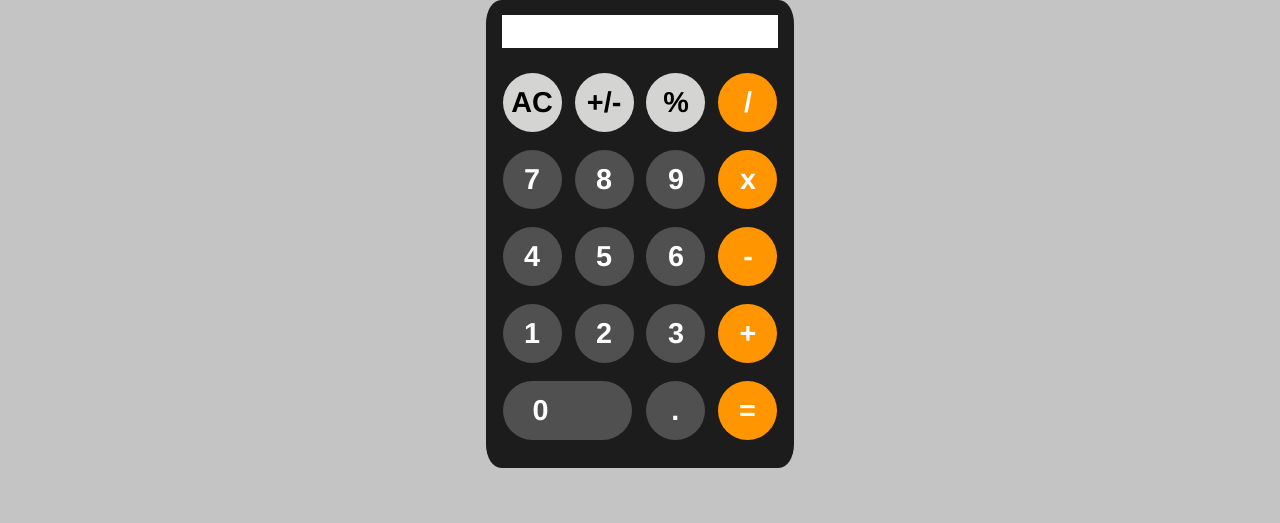
Repository: raulpenate/Calculadora-VUE3
Page: /
An editor plug-in stored every save of this project. The page is shown before and after the next save, followed by the edit.
The browser window is 1280 px wide. The pictures show the whole page.
The project was rebuilt for these pictures with package versions that can differ from the ones it lists, and the page was loaded fresh each time. Also part of the build but not shown: src/components/HelloWorld.vue.

Above is the page before, as saved 2022-03-11 11:12:30.

### src/App.vue
<template>
  <HelloWorld msg="Welcome to Your Vue.js App"/>
  <Calculator/>
</template>

<script>
import HelloWorld from './components/HelloWorld.vue'
import Calculator from './components/Calculator.vue'

export default {
  name: 'App',
  components: {
    Calculator
  }
}
</script>

<style>
#app {
  font-family: Avenir, Helvetica, Arial, sans-serif;
}
</style>

### src/components/Calculator.vue
<template>
  <div class="carcasa">
    <div class="pantalla">
        <input class="pantallainterna" type="number" name="numero">
    </div>
        <div class="fila">
        <div class="boton gris">AC</div>
        <div class="boton gris">+/-</div>
        <div class="boton gris">%</div>
        <div class="boton orange">/</div>
    </div>
    <div class="fila">
        <div class="boton">7</div>
        <div class="boton">8</div>
        <div class="boton">9</div>
        <div class="boton orange">x</div>
    </div>
    <div class="fila">
        <div class="boton">4</div>
        <div class="boton">5</div>
        <div class="boton">6</div>
        <div class="boton orange">-</div>
    </div>
    <div class="fila">
        <div class="boton">1</div>
        <div class="boton">2</div>
        <div class="boton">3</div>
        <div class="boton orange">+</div>
    </div>
    <div class="fila final">
        <div class="boton grande">0</div>
        <div class="boton">.</div>
        <div class="boton orange">=</div>
    </div>
  </div>
</template>

<script>
export default {};
</script>

<style>
*{
    padding: 0;
    margin: 0;
    box-sizing: border-box;
}

body{
    background: #c4c4c4;
    margin: auto 38%;
}

/* CARCASA */

.carcasa{
    background: #1C1C1C;
    display: flex;
    flex-flow: wrap;
    justify-content: space-between;
    border-radius: 5%;
}

/* PANTALLA */

.pantalla{
    padding: 5%;
    display: flex;
    flex-wrap: wrap;
    align-content: stretch;
    width: 100%;
}

.pantallainterna{
    width: 100%;
    /* background: #1C1C1C; */
    /* color: #FFFFFF; */
    outline: none;
    border: none;
    text-align: right;
        font-size: 4vh;
}

input[type=number]::-webkit-inner-spin-button,
input[type=number]::-webkit-outer-spin-button {
  -webkit-appearance: none;
  margin: 0;
}

/* BOTONES */

.fila{
    width: 100%;
    font-weight: bold;
    display: flex;
    flex-flow: wrap row;
    justify-content: space-evenly;
    margin: 2%;
}

.boton{
    background: #505050;
    color: #FFFFFF;
    width: 20px;
    height: 20px;
    position: relative;
    font-size: 4vh;
    padding: 10%;
    display: flex;
    justify-content: center;
    align-items: center;
    border-radius: 50%;
    margin: 1%;
}

.orange{
    background:#FF9500;
}

.gris{
    background: #D4D4D2;
    color: #000;
}

.boton:hover{
    background: rgba(255,255,255, 0.4);
}

.orange:hover{
    background: rgba(247, 127, 72, 0.9);
}

.inicio{
    margin-top: 1%;
}

.final{
    margin-bottom: 8%;
}

.grande{
    flex-grow: 0.70;
    border-radius: 50px;
    display: flex;
    justify-content: start;
}

</style>

Loaded but not shown: public/index.html (common file); src/main.js (common file)

After the next save:
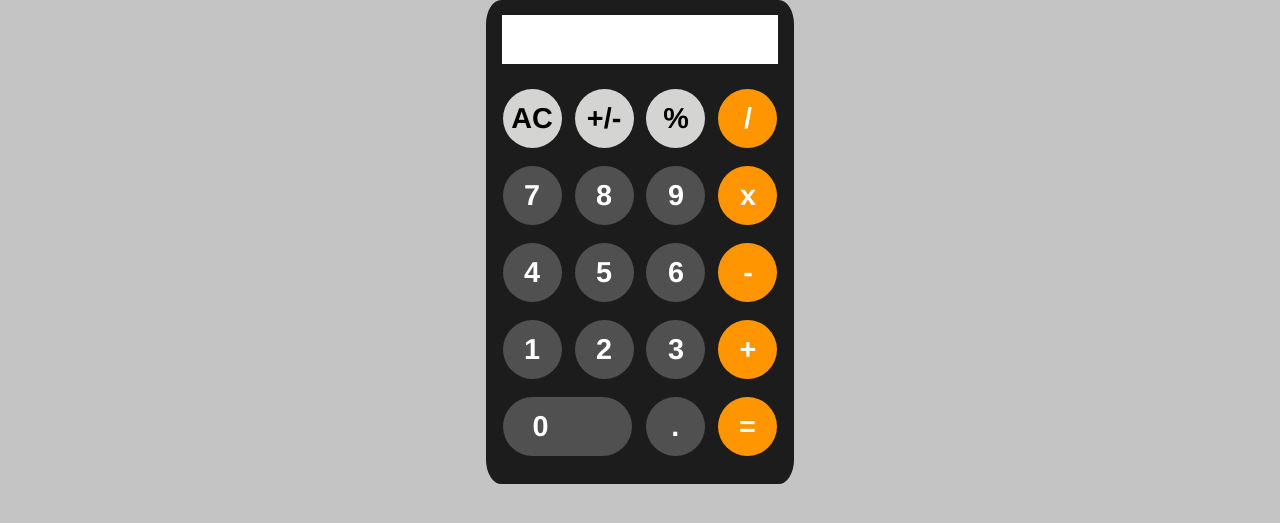
Saved 8 s later.
--- a/src/components/Calculator.vue
+++ b/src/components/Calculator.vue
@@ -78,7 +78,7 @@ body{
     outline: none;
     border: none;
     text-align: right;
-        font-size: 4vh;
+        font-size: 6vh;
 }
 
 input[type=number]::-webkit-inner-spin-button,
